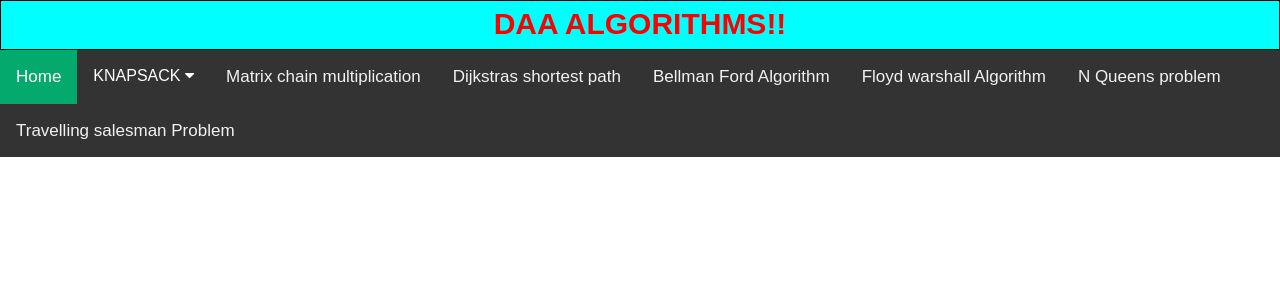
Repository: vinaybabu3962/ALGORITHMIC-TOOLBOX
Page: DAA_WT/webapp/index.html
An editor plug-in stored every save of this project. The page is shown before and after the next save, followed by the edit.
The browser window is 1280 px wide. The pictures show the whole page.

Above is the page before, as saved 2021-07-06 13:58:12.

After the next save:
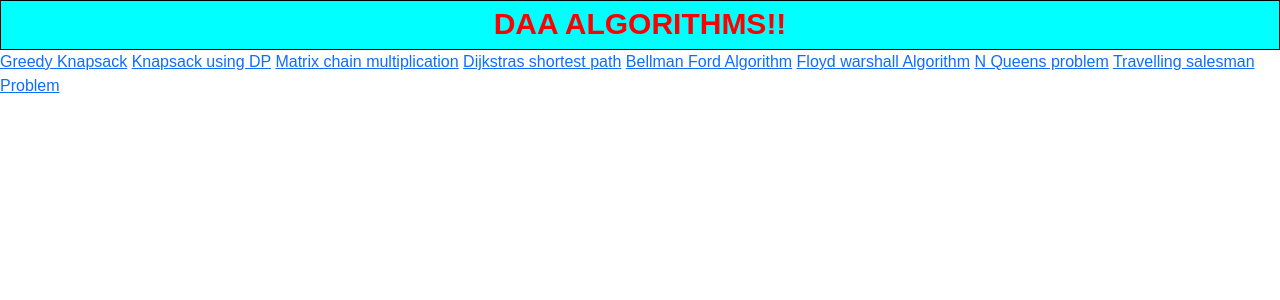
Saved 6 min 9 s later.
--- a/DAA_WT/webapp/index.html
+++ b/DAA_WT/webapp/index.html
@@ -88,18 +88,11 @@ body {
 <div class="header" style="color:red;font-weight:bold;font-size:30px;border:1px solid black;background-color:cyan;height:50px;text-align:center;">
 	DAA ALGORITHMS!!
 </div>
-<div class="topnav">
-  <a class="active" href="#home">Home</a>
-  <div class="dropdown">
-    <button class="dropbtn">KNAPSACK
-      <i class="fa fa-caret-down"></i>
-    </button>
-    <div class="dropdown-content">
+
+
 		<a href="GreedyKnapsack.html">Greedy Knapsack</a>
   		<a href="KnapSackDP.html">Knapsack using DP</a>
 
-    </div>
-  </div>
 
   <a href="MatrixChainMultiplication.html">Matrix chain multiplication</a>
   <a href="Dijkstras.html">Dijkstras shortest path</a>
